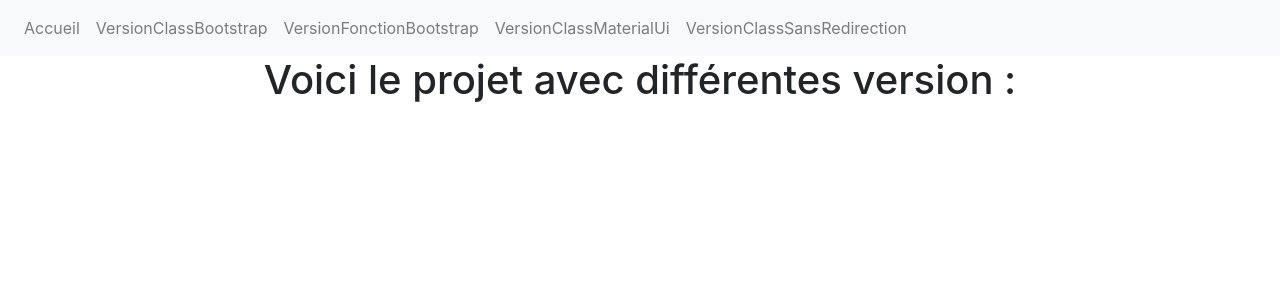
Repository: LudovicB21/CountryTest
Page: /
An editor plug-in stored every save of this project. The page is shown before and after the next save, followed by the edit.
The browser window is 1280 px wide. The pictures show the whole page.
The project was rebuilt for these pictures with package versions that can differ from the ones it lists, and the page was loaded fresh each time. Also part of the build but not shown: src/components/VersionClassBootstrap/ListPays.components.js, src/components/VersionClassMaterialUi/ListPays.components.js, src/components/VersionFonctionBoostrap/ListPays.components.js, src/components/VersionSansRedirection/ListPays.component.js, src/components/VersionClassBootstrap/InfoPays.components.js, src/components/VersionClassMaterialUi/InfoPays.components.js, src/components/VersionFonctionBoostrap/InfoPays.components.js.

Above is the page before, as saved 2020-10-29 12:10:41.

### public/index.html
<!DOCTYPE html>
<html lang="en">
  <head>
    <meta charset="utf-8" />
    <link rel="icon" href="%PUBLIC_URL%/favicon.ico" />
    <link rel="stylesheet" href="https://cdn.jsdelivr.net/npm/bootstrap@4.5.3/dist/css/bootstrap.min.css" integrity="sha384-TX8t27EcRE3e/ihU7zmQxVncDAy5uIKz4rEkgIXeMed4M0jlfIDPvg6uqKI2xXr2" crossorigin="anonymous">
    <meta name="viewport" content="width=device-width, initial-scale=1" />
    <meta name="theme-color" content="#000000" />
    <meta
      name="description"
      content="Web site created using create-react-app"
    />
    <link rel="apple-touch-icon" href="%PUBLIC_URL%/logo192.png" />
    <!--
      manifest.json provides metadata used when your web app is installed on a
      user's mobile device or desktop. See https://developers.google.com/web/fundamentals/web-app-manifest/
    -->
    <link rel="manifest" href="%PUBLIC_URL%/manifest.json" />
    <link
      rel="stylesheet"
      href="https://maxcdn.bootstrapcdn.com/bootstrap/4.5.0/css/bootstrap.min.css"
      integrity="sha384-9aIt2nRpC12Uk9gS9baDl411NQApFmC26EwAOH8WgZl5MYYxFfc+NcPb1dKGj7Sk"
      crossorigin="anonymous"
    />
    <link rel="stylesheet" href="https://cdn.jsdelivr.net/npm/bootstrap@4.5.3/dist/css/bootstrap.min.css" integrity="sha384-TX8t27EcRE3e/ihU7zmQxVncDAy5uIKz4rEkgIXeMed4M0jlfIDPvg6uqKI2xXr2" crossorigin="anonymous">

    <!--
      Notice the use of %PUBLIC_URL% in the tags above.
      It will be replaced with the URL of the `public` folder during the build.
      Only files inside the `public` folder can be referenced from the HTML.

      Unlike "/favicon.ico" or "favicon.ico", "%PUBLIC_URL%/favicon.ico" will
      work correctly both with client-side routing and a non-root public URL.
      Learn how to configure a non-root public URL by running `npm run build`.
    -->
    <title>React App</title>
  </head>
  <body>
    <noscript>You need to enable JavaScript to run this app.</noscript>
    <div id="root"></div>
    <!--
      This HTML file is a template.
      If you open it directly in the browser, you will see an empty page.

      You can add webfonts, meta tags, or analytics to this file.
      The build step will place the bundled scripts into the <body> tag.

      To begin the development, run `npm start` or `yarn start`.
      To create a production bundle, use `npm run build` or `yarn build`.
    -->
  </body>
</html>

### src/App.js
import React from 'react';
import './App.css';
import ListPays from "./components/VersionClassBootstrap/ListPays.components"
import ListPaysMaterial from "./components/VersionClassMaterialUi/ListPays.components"
import ListPaysFonction from "./components/VersionFonctionBoostrap/ListPays.components"
import ListPaysSansRedirection from "./components/VersionSansRedirection/ListPays.component"
import Accueil from "./components/Accueil"
import { BrowserRouter as Router, Route, Switch} from 'react-router-dom'
import InfoPays from "./components/VersionClassBootstrap/InfoPays.components"
import InfosPaysMaterial from "./components/VersionClassMaterialUi/InfoPays.components"
import InfoPaysFonction from "./components/VersionFonctionBoostrap/InfoPays.components"
import Nav from "./components/Navigation"
function App() {
  return (
    <div className="App">
        <Router>
          <Nav />
          <Switch>
            <Route path="/"  exact component={Accueil} />
            <Route path="/VersionClassBootstrap" exact component={ListPays} />
            <Route path="/VersionFonctionBoostrap" exact component={ListPaysFonction} />
            <Route path="/VersionClassMaterialUi" exact component={ListPaysMaterial} />
            <Route path="/VersionSansRedirection" exact component={ListPaysSansRedirection} />
            <Route path="/VersionClassMaterialUi/:id" component={InfosPaysMaterial} />
            <Route path="/VersionClassBootstrap/:id"  component={InfoPays }/>
            <Route path="/VersionFonctionBoostrap/:id" component={InfoPaysFonction} />
          </Switch>
        </Router>
    </div>
  );
}

export default App;

### src/components/Accueil.js
import React, { Component } from 'react'

class Accueil extends Component {
    render() {
        return (
            <div className="container">
                <h1> Voici le projet avec différentes version :  </h1>
            </div>
        )
    }
}

export default Accueil

### src/components/Navigation.js
import React, { Component } from 'react';
import { Link } from 'react-router-dom';

class Navigation extends Component {
    render() {
        return (
            <nav className="navbar navbar-expand-lg navbar-light bg-light">
            <button className="navbar-toggler" type="button" data-toggle="collapse" data-target="#navbarNav" aria-controls="navbarNav" aria-expanded="false" aria-label="Toggle navigation">
                <span className="navbar-toggler-icon"></span>
            </button>
            <div className="collapse navbar-collapse" id="navbarNav">
                <ul className="navbar-nav">
                    <Link to="/">
                        <li className="nav-item">
                            <a className="nav-link">Accueil</a>
                        </li>
                    </Link>
                    <Link to="/VersionClassBootstrap">
                        <li className="nav-item">
                            <a className="nav-link">VersionClassBootstrap</a>
                        </li>
                    </Link>
                    <Link to="/VersionFonctionBoostrap">
                        <li className="nav-item">
                            <a className="nav-link">VersionFonctionBootstrap</a>
                        </li>
                    </Link>
                    <Link to="/VersionClassMaterialUi">
                        <li className="nav-item">
                            <a className="nav-link">VersionClassMaterialUi</a>
                        </li>
                    </Link>
                    <Link to="/VersionSansRedirection">
                        <li className="nav-item">
                            <a className="nav-link">VersionClassSansRedirection</a>
                        </li>
                    </Link>
                </ul>
            </div>
            </nav>
        )
    }
}

export default Navigation

Loaded but not shown: src/index.js (common file); src/index.css (common file); src/serviceWorker.js (common file); src/App.css (common file)

After the next save:
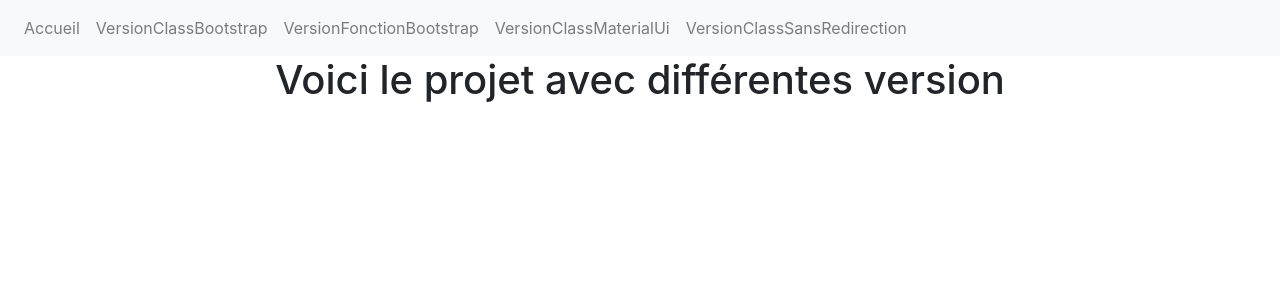
Saved 8 s later.
--- a/src/components/Accueil.js
+++ b/src/components/Accueil.js
@@ -4,7 +4,7 @@ class Accueil extends Component {
     render() {
         return (
             <div className="container">
-                <h1> Voici le projet avec différentes version :  </h1>
+                <h1> Voici le projet avec différentes version  </h1>
             </div>
         )
     }
